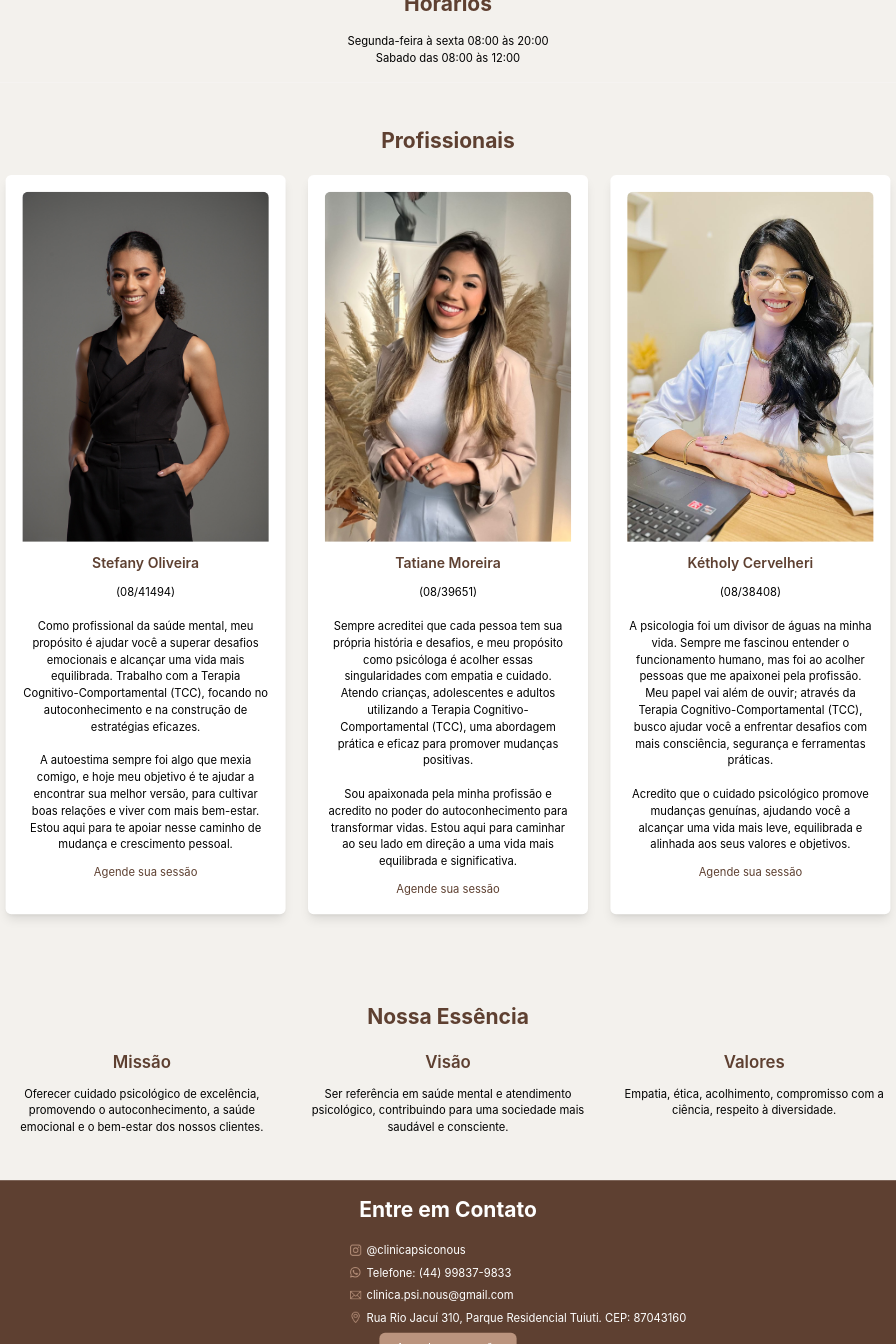
Repository: Mcervelheri/Nous
Page: /
An editor plug-in stored every save of this project. The page is shown before and after the next save, followed by the edit.
The browser window is 1280 px wide. The pictures show the part of the page from y = 1310 to 3230 px (the page is 3486 px tall before and 3462 px after), at 70% of full size.
The project was rebuilt for these pictures with package versions that can differ from the ones it lists, and the page was loaded fresh each time. Also part of the build but not shown: vite.config.js.

Above is the page before, as saved 2025-03-05 16:12:25.

### index.html
<!DOCTYPE html>
<html lang="en">
  <head>
    <meta charset="UTF-8" />
    <link rel="icon" type="image/svg+xml" href="/src/assets/logos/NOUS.png" />
    <meta name="viewport" content="width=device-width, initial-scale=1.0" />
    <title>Clínica NOUS</title>
  </head>
  <body>
    <div id="root"></div>
    <script type="module" src="/src/main.jsx"></script>
  </body>
</html>

### src/index.css
* {
  margin: 0;
  padding: 0;
  box-sizing: border-box;
}

@media (min-width: 768px) {
  .menu {
    display: flex !important;
  }

  .img_meninas {
    height: 500px;
  }
}

@media (max-width: 768px) {
  .img_meninas {
    height: 500px;
  }

  .inicio {
    flex-direction: column;
  }
}

@media (max-width: 570px) {
  .inicio p {
    text-align: center;
    font-size: 14px;
  }
}

html,
body {
  height: 100%;
  margin: 0;
  padding: 0;
}

#root {
  min-height: 100%;
  display: flex;
  flex-direction: column;
}

main {
  flex: 1;
  padding-bottom: 100px;
  /* Espaço suficiente para o footer */
}

footer {
  flex-shrink: 0;
  /* Isso impede que o footer encolha */
}

body {
  margin: 0;
  font-family: -apple-system, BlinkMacSystemFont, "Segoe UI", "Roboto", "Oxygen",
    "Ubuntu", "Cantarell", "Fira Sans", "Droid Sans", "Helvetica Neue",
    sans-serif;
  -webkit-font-smoothing: antialiased;
  -moz-osx-font-smoothing: grayscale;
}

code {
  font-family: source-code-pro, Menlo, Monaco, Consolas, "Courier New",
    monospace;
}

.map-container {
  height: 100%;
  width: 100%;
}

.swiper-button-next,
.swiper-button-prev {
  background: bg-[#bb947e];
}

@tailwind base;
@tailwind components;
@tailwind utilities;

### src/App.jsx
import Footer from "./components/Footer";
import Header from "./components/Header";
import Main from "./components/Main";

function App() {
  return (
    <>
      <Header />
      <Main />
      <Footer />
    </>
  );
}

export default App;

### src/components/Footer.jsx
import React from "react";
import FooterLinksList from "./FooterLinksList";
import Map from "./Map";
import CopyWrite from "./CopyWrite";

const Footer = () => {
  return (
    <footer
      id="contato"
      className="bg-[#5e4031] text-white pt-6 mt-auto relative z-20"
    >
      <div className="container mx-auto flex flex-col items-center text-center">
        <div>
          <h2 className="text-3xl font-bold mb-6">Entre em Contato</h2>
          <FooterLinksList />
          <a
            href="/formulario"
            className="bg-[#bb947e] text-white px-6 py-3 rounded-lg hover:bg-[#c79165]"
          >
            Agende sua sessão
          </a>
        </div>
        <Map />
      </div>
      <CopyWrite />
    </footer>
  );
};

export default Footer;

### src/components/Header.jsx
import "react";
import { useState } from "react";
import NavLogo from "./NavLogo";
import HamburgerButton from "./HamburgerButton.jsx";
import NavLinks from "./NavLinks";
import logoNous from "/src/assets/logos/logo-nous.png";

const Header = () => {
  const [isOpen, setIsOpen] = useState(false);

  return (
    <nav className="bg-white w-full fixed z-30">
      <div className="max-w-7xl mx-auto px-4 sm:px-6 lg:px-8">
        <div className="flex justify-between items-center h-16">
          <NavLogo logoSrc={logoNous} alt="Logo NOUS" />
          <HamburgerButton isOpen={isOpen} onClick={() => setIsOpen(!isOpen)} />
          <NavLinks isOpen={isOpen} />
        </div>
      </div>
    </nav>
  );
};

export default Header;

### src/components/Main.jsx
import "react";
import Home from "./Home";
import About from "./About";
import Informations from "./Informations";
import Professionals from "./Professionals";
import Essence from "./Essence";

const Main = () => {
  return (
    <>
      <Home />
      <About />
      <Informations />
      <Professionals />
      <Essence />
    </>
  );
};

export default Main;

### src/components/FooterLinksList.jsx
import React from "react";
import FooterLinkData from "./FooterLinkData";
import FooterLink from "./FooterLink";

const FooterLinksList = () => {
  return (
    <div className="mb-4 lg:ml-48 md:ml-48">
      {FooterLinkData.map((FooterLinksList, index) => (
        <FooterLink key={index} {...FooterLinksList} />
      ))}
    </div>
  );
};

export default FooterLinksList;

### src/components/Map.jsx
import React from "react";

const Map = () => {
  return (
    <div className="map-container mt-6 flex justify-center">
      <iframe
        src="https://www.google.com/maps/embed?pb=!1m18!1m12!1m3!1d3661.7272371990225!2d-51.90296751489406!3d-23.39808284194116!2m3!1f0!2f0!3f0!3m2!1i1024!2i768!4f13.1!3m3!1m2!1s0x94ecd10509058b2f%3A0x8e8996fb5f8ad129!2sR.%20Rio%20Jacu%C3%AD%2C%20310%20-%20Conj.%20Res.%20Branca%20Vieira%2C%20Maring%C3%A1%20-%20PR%2C%2087043-160!5e0!3m2!1spt-BR!2sbr!4v1737847076201!5m2!1spt-BR!2sbr"
        width="100%"
        style={{ border: 0 }}
        allowFullScreen=""
        loading="lazy"
        referrerPolicy="no-referrer-when-downgrade"
      ></iframe>
    </div>
  );
};

export default Map;

### src/components/CopyWrite.jsx
import React from "react";

const CopyWrite = () => {
  return (
    <div className="bg-[#bb947e] text-white text-center mt-6 text-sm">
      <p>&copy; 2025 Todos os direitos reservados.</p>
      <p>Desenvolvido por: Matheus Cervelheri</p>
    </div>
  );
};

export default CopyWrite;

### src/components/NavLogo.jsx
import React from "react";

const NavLogo = ({ logoSrc, alt }) => (
  <div>
    <a href="#inicio">
      <img src={logoSrc} alt={alt} className="h-16" />
    </a>
  </div>
);

export default NavLogo;

### src/components/HamburgerButton.jsx
import React from "react";

const HamburgerButton = ({ isOpen, onClick }) => {
  return (
    <button
      className="relative flex flex-col justify-between w-10 h-10 p-2 md:hidden"
      onClick={onClick}
    >
      <span
        className={`block w-8 h-1 bg-[#5e4031] rounded transition-all duration-300 ease-in-out ${
          isOpen ? "rotate-45 translate-y-2.5" : ""
        }`}
      ></span>
      <span
        className={`block w-8 h-1 bg-[#5e4031] rounded transition-all duration-300 ease-in-out ${
          isOpen ? "opacity-0" : ""
        }`}
      ></span>
      <span
        className={`block w-8 h-1 bg-[#5e4031] rounded transition-all duration-300 ease-in-out ${
          isOpen ? "-rotate-45 -translate-y-2.5" : ""
        }`}
      ></span>
    </button>
  );
};

export default HamburgerButton;

### src/components/NavLinks.jsx
import React from "react";
import NavLink from "./NavLink";

const NavLinks = ({ isOpen }) => {
  const links = [
    { href: "#inicio", label: "Início" },
    { href: "#sobre", label: "Sobre" },
    { href: "#profissionais", label: "Profissionais" },
    { href: "#missao", label: "Missão" },
    { href: "#contato", label: "Agende", isButton: true },
  ];

  return (
    <div
      className={`
      absolute right-0 transform transition-all duration-300 ease-in-out
      md:flex md:items-center md:space-x-6 rounded-b-[1vw] menu
      ${
        isOpen
          ? "opacity-100 visible top-16 bg-white shadow-md z-10"
          : "opacity-0 invisible -top-96 md:visible md:opacity-100 md:static"
      }
    `}
    >
      {links.map((link) => (
        <NavLink key={link.href} href={link.href} isButton={link.isButton}>
          {link.label}
        </NavLink>
      ))}
    </div>
  );
};

export default NavLinks;

### src/components/Home.jsx
import "react";
import logoGrande from "/src/assets/logos/logo-nous-grande.png";

const Home = () => {
  return (
    <div id="inicio" className="relative h-screen">
      <div className="inicio fixed inset-0 flex items-center bg-[#bb947e] justify-center z-10 pointer-events-none">
        <div className="max-w-xl">
          <img src={logoGrande} alt="NOUS " className="img_inicio object-fit" />
        </div>
        <p className="text-xl max-w-2xl text-black mx-auto">
          Reconheça, compreenda, transforme-se.
        </p>
      </div>
    </div>
  );
};

export default Home;

### src/components/About.jsx
import React from "react";

const Sobre = () => {
  return (
    <div id="sobre" className="relative bg-[#f3f1ed] py-16 z-20">
      <div className="container mx-auto text-center">
        <h2 className="text-3xl font-bold mb-6 text-[#5e4031]">
          NOUS: Significado
        </h2>
        <p className="max-w-2xl mx-auto text-lg">
          O nome Nous vem do grego antigo e significa “mente”, “inteligência” ou
          “razão”. Na filosofia grega, Nous é a razão divina que governa o
          universo, trazendo ordem e harmonia ao cosmos. Para nós, esse conceito
          simboliza a importância do autoconhecimento e da inteligência
          emocional no cuidado com a saúde mental.
          <br></br>
          <br></br>
          Em nossa clínica, Nous representa nossa missão de cuidar da mente e
          promover o equilíbrio através da razão e do entendimento profundo dos
          sentimentos e pensamentos.
        </p>
      </div>
    </div>
  );
};

export default Sobre;

### src/components/Informations.jsx
import React from "react";

const Information = () => {
  return (
    <div id="Informacoes" className="relative bg-[#f3f1ed] py-6 z-20">
      <div className="container mx-auto text-center">
        <h2 className="text-3xl font-bold mb-6 text-[#5e4031]">
          Publico atendido
        </h2>
        <p className="max-w-2xl mx-auto text-lg">
          Crianças, adolescentes e adultos.
        </p>
        <br></br>
        <h2 className="text-3xl font-bold mb-6 text-[#5e4031]">Horários</h2>
        <p>Segunda-feira à sexta 08:00 às 20:00</p>
        <p>Sabado das 08:00 às 12:00</p>
      </div>
    </div>
  );
};

export default Information;

### src/components/Professionals.jsx
import React from "react";
import ProfessionalsList from "./ProfessionalsList";

const Professionals = () => {
  return (
    <>
      <div id="profissionais" className="relative bg-[#f3f1ed] py-16 z-20">
        <div className="container mx-auto text-center">
          <h2 className="text-3xl font-bold mb-8 text-[#5e4031]">
            Profissionais
          </h2>
          <ProfessionalsList />
        </div>
      </div>
    </>
  );
};

export default Professionals;

### src/components/Essence.jsx
import React from "react";
import EssenceList from "./EssenceList";

const Mission = () => {
  return (
    <div id="missao" className="py-16 relative bg-[#f3f1ed] z-20">
      <div className="container mx-auto text-center">
        <h2 className="text-3xl font-bold mb-8 text-[#5e4031]">
          Nossa Essência
        </h2>
        <div className="grid md:grid-cols-3 gap-8">
          <EssenceList />
        </div>
      </div>
    </div>
  );
};

export default Mission;

### src/components/FooterLinkData.jsx
import React from "react";
import instagram from "/src/assets/icones/instagram.png";
import whatsapp from "/src/assets/icones/whatsapp.png";
import mail from "/src/assets/icones/email.png";
import address from "/src/assets/icones/endereco.png";

const FooterLinkData = [
  {
    href: "https://www.instagram.com/clinicapsiconous",
    src: instagram,
    alt: "Instagram",
    description: "@clinicapsiconous",
  },
  {
    href: "https://wa.me/554498379833",
    src: whatsapp,
    alt: "Whatsapp",
    description: "Telefone: (44) 99837-9833",
  },
  {
    href: "mailto:clinica.psi.nous@gmail.com",
    src: mail,
    alt: "Email",
    description: "clinica.psi.nous@gmail.com",
  },
  {
    href: "https://maps.app.goo.gl/mNjhGvmNRAyKF6jt9",
    src: address,
    alt: "Endereço",
    description: "Rua Rio Jacuí 310, Parque Residencial Tuiuti. CEP: 87043160",
  },
];

export default FooterLinkData;

### src/components/FooterLink.jsx
import React from "react";

const FooterLink = ({ href, src, alt, description }) => {
  return (
    <a
      href={href}
      target="_blank"
      rel="noopener noreferrer"
      className="flex items-center justify-right"
    >
      <img src={src} alt={alt} className="m-2"></img>
      {description}
    </a>
  );
};

export default FooterLink;

### src/components/NavLink.jsx
import React from "react";

const NavLink = ({ href, children, isButton }) => {
  const baseClasses = "block px-4 py-2";
  const regularClasses = `${baseClasses} md:px-0 hover:text-[#bb947e]`;
  const buttonClasses = `${baseClasses} bg-[#bb947e] text-white px-4 py-2 rounded hover:bg-[#c79165]`;

  return (
    <a href={href} className={isButton ? buttonClasses : regularClasses}>
      {children}
    </a>
  );
};
export default NavLink;

### src/components/ProfessionalsList.jsx
import React from "react";
import Professional from "./Professional";
import professionalsData from "./ProfessionalsData";

import { Swiper, SwiperSlide } from "swiper/react";
import { Autoplay, Navigation, Pagination } from "swiper/modules";

import "swiper/css";
import "swiper/css/navigation";
import "swiper/css/pagination";

const ProfessionalsList = () => {
  return (
    <div className="px-2">
      <div className="hidden lg:grid lg:grid-cols-3 gap-8">
        {professionalsData.map((professional, index) => (
          <Professional key={index} {...professional} />
        ))}
      </div>
      <div className="lg:hidden">
        <div className="relative w-full flex justify-center items-center">
          <button className="custom-prev absolute left-2 z-10 bg-[#5e4031] text-white w-8 h-8 flex items-center justify-center rounded-full transition-all duration-300 hover:bg-[#3c2a20]">
            &#10094;
          </button>

          <Swiper
            style={{
              "--swiper-pagination-color": "#5e4031",
              "--swiper-pagination-bullet-inactive-color": "#999999",
            }}
            modules={[Navigation, Pagination, Autoplay]}
            autoHeight={true}
            spaceBetween={16}
            slidesPerView={1}
            loop={true}
            pagination={{ clickable: true }}
            autoplay={{ delay: 3000, disableOnInteraction: true }}
            navigation={{ prevEl: ".custom-prev", nextEl: ".custom-next" }}
            className="w-[90%] sm:w-[70%] md:w-[60%] lg:w-[50%]"
          >
            {professionalsData.map((professional, index) => (
              <SwiperSlide key={index} className="flex justify-center">
                <Professional {...professional} />
              </SwiperSlide>
            ))}
          </Swiper>

          <button className="custom-next absolute right-2 z-10 bg-[#5e4031] text-white w-8 h-8 flex items-center justify-center rounded-full transition-all duration-300 hover:bg-[#3c2a20]">
            &#10095;
          </button>
        </div>
      </div>
    </div>
  );
};

export default ProfessionalsList;

### src/components/EssenceList.jsx
import React from "react";
import EssenceItem from "./EssenceItem";
import EssenceItensData from "./EssenceItensData";

const EssenceList = () => {
  return (
    <>
      {EssenceItensData.map((item, index) => (
        <EssenceItem key={index} {...item} />
      ))}
    </>
  );
};

export default EssenceList;

### src/components/Professional.jsx
import React from "react";

const Professional = ({ img, name, crp, text1, text2 }) => {
  return (
    <div className="bg-white shadow-lg rounded-lg p-6 h-full w-full">
      <div>
        <img
          src={img}
          alt={name}
          className="w-full img_meninas object-cover object-top rounded-t-lg"
        />
      </div>
      <h3 className="text-xl font-semibold my-4 text-[#5e4031]">{name}</h3>
      <p className="mb-4">
        ({crp})
        <br />
        <br />
        {text1}
        <br />
        <br />
        {text2}
      </p>
      <a href="#contato" className="text-[#5e4031] hover:underline">
        Agende sua sessão
      </a>
    </div>
  );
};

export default Professional;

### src/components/ProfessionalsData.jsx
import stefanyImg from "/src/assets/professionals/Stefany.jpg";
import tatianeImg from "/src/assets/professionals/Tatiane.jpg";
import ketholyImg from "/src/assets/professionals/Ketholy.jpg";

const professionalsData = [
  {
    img: stefanyImg,
    name: "Stefany Oliveira",
    crp: "08/41494",
    text1:
      "Como profissional da saúde mental, meu propósito é ajudar você a superar desafios emocionais e alcançar uma vida mais equilibrada. Trabalho com a Terapia Cognitivo-Comportamental (TCC), focando no autoconhecimento e na construção de estratégias eficazes.",
    text2:
      "A autoestima sempre foi algo que mexia comigo, e hoje meu objetivo é te ajudar a encontrar sua melhor versão, para cultivar boas relações e viver com mais bem-estar. Estou aqui para te apoiar nesse caminho de mudança e crescimento pessoal.",
  },
  {
    img: tatianeImg,
    name: "Tatiane Moreira",
    crp: "08/39651",
    text1:
      "Sempre acreditei que cada pessoa tem sua própria história e desafios, e meu propósito como psicóloga é acolher essas singularidades com empatia e cuidado. Atendo crianças, adolescentes e adultos utilizando a Terapia Cognitivo-Comportamental (TCC), uma abordagem prática e eficaz para promover mudanças positivas.",
    text2:
      "Sou apaixonada pela minha profissão e acredito no poder do autoconhecimento para transformar vidas. Estou aqui para caminhar ao seu lado em direção a uma vida mais equilibrada e significativa.",
  },
  {
    img: ketholyImg,
    name: "Kétholy Cervelheri",
    crp: "08/38408",
    text1:
      "A psicologia foi um divisor de águas na minha vida. Sempre me fascinou entender o funcionamento humano, mas foi ao acolher pessoas que me apaixonei pela profissão. Meu papel vai além de ouvir; através da Terapia Cognitivo-Comportamental (TCC), busco ajudar você a enfrentar desafios com mais consciência, segurança e ferramentas práticas.",
    text2:
      "Acredito que o cuidado psicológico promove mudanças genuínas, ajudando você a alcançar uma vida mais leve, equilibrada e alinhada aos seus valores e objetivos.",
  },
];

export default professionalsData;

### src/components/EssenceItem.jsx
import React from "react";

const EssenceItem = ({ item, text }) => {
  return (
    <div>
      <h3 className="text-2xl font-semibold mb-4 text-[#5e4031]">{item}</h3>
      <p>{text}</p>
    </div>
  );
};

export default EssenceItem;

### src/components/EssenceItensData.jsx
import React from "react";

const EssenceItensData = [
  {
    item: "Missão",
    text: "Oferecer cuidado psicológico de excelência, promovendo o autoconhecimento, a saúde emocional e o bem-estar dos nossos clientes.",
  },
  {
    item: "Visão",
    text: "Ser referência em saúde mental e atendimento psicológico, contribuindo para uma sociedade mais saudável e consciente.",
  },
  {
    item: "Valores",
    text: "Empatia, ética, acolhimento, compromisso com a ciência, respeito à diversidade.",
  },
];

export default EssenceItensData;

Loaded but not shown: src/main.jsx (common file); tailwind.config.js (common file)

After the next save:
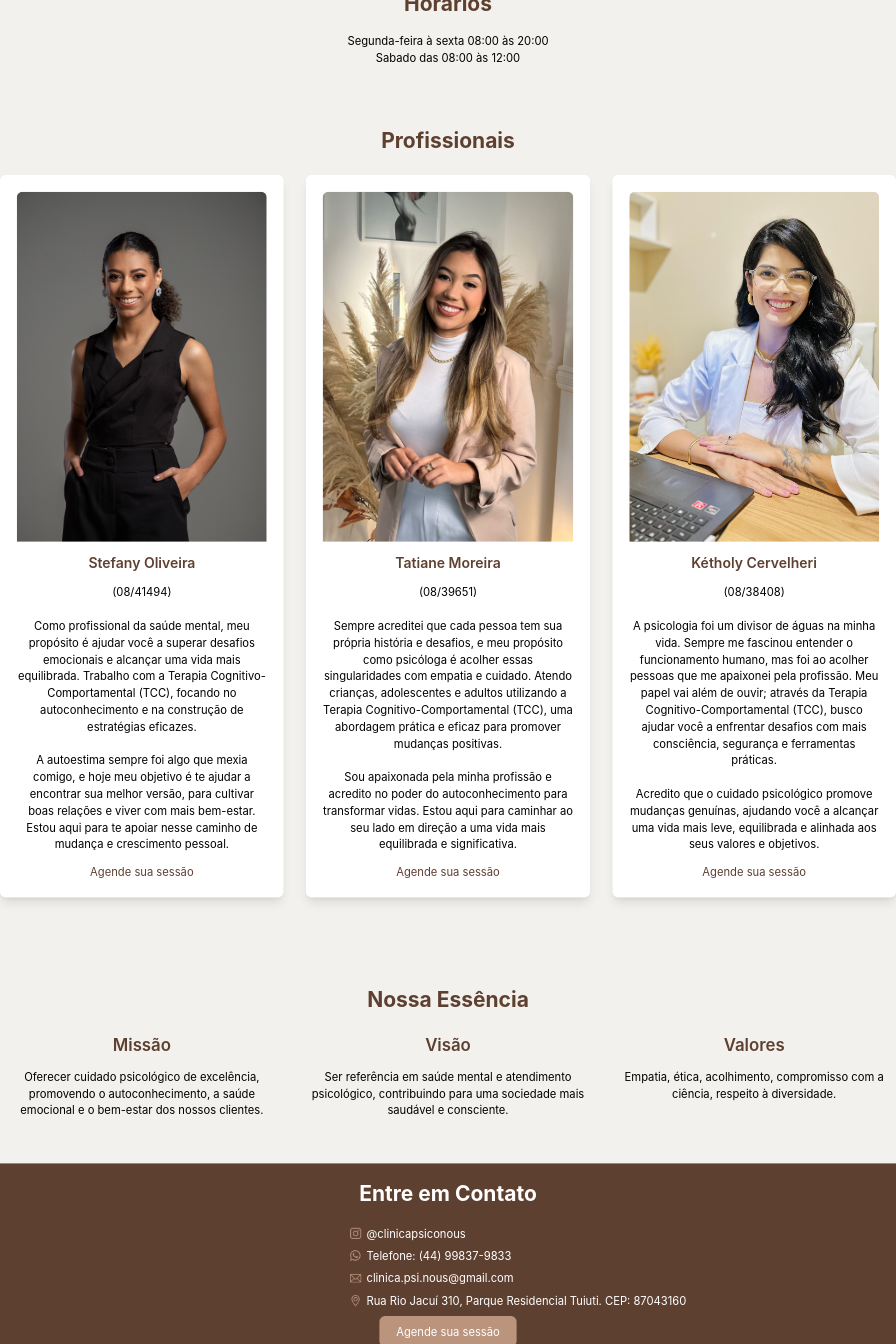
Saved 43 s later.
--- a/src/components/ProfessionalsList.jsx
+++ b/src/components/ProfessionalsList.jsx
@@ -11,7 +11,7 @@ import "swiper/css/pagination";
 
 const ProfessionalsList = () => {
   return (
-    <div className="px-2">
+    <div>
       <div className="hidden lg:grid lg:grid-cols-3 gap-8">
         {professionalsData.map((professional, index) => (
           <Professional key={index} {...professional} />
